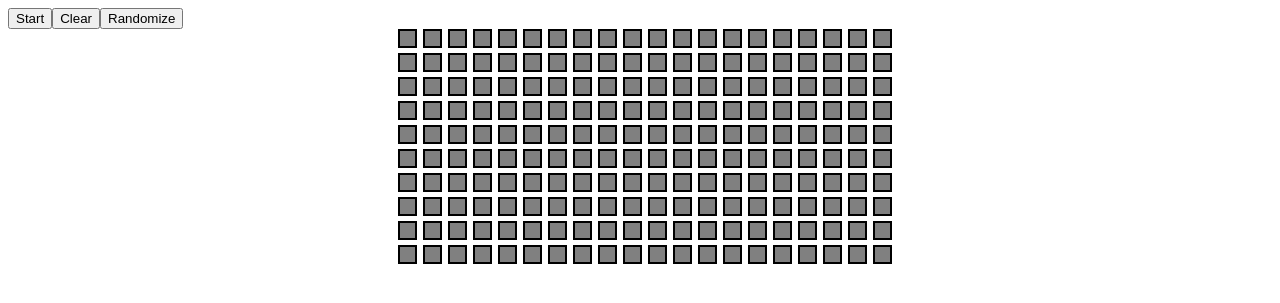
Repository: avanbussum/cellular-automata
Page: /
An editor plug-in stored every save of this project. The page is shown before and after the next save, followed by the edit.
The browser window is 1280 px wide. The pictures show the whole page.
The project was rebuilt for these pictures with package versions that can differ from the ones it lists, and the page was loaded fresh each time.

Above is the page before, as saved 2023-04-29 01:16:55.

After the next save:
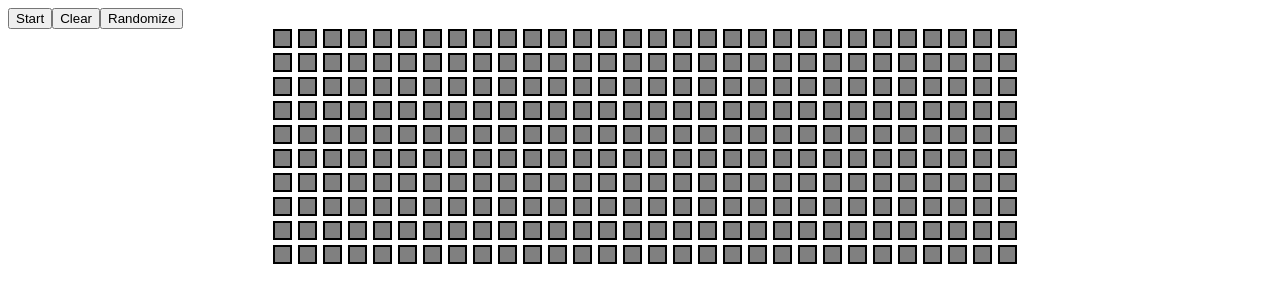
Saved 21 s later.
--- a/src/App.js
+++ b/src/App.js
@@ -2,7 +2,7 @@ import React, { useState, useCallback, useRef } from 'react'
 import Produce from 'immer';
 
 const numRows = 10;
-const numCols = 20;
+const numCols = 30;
 
 let rps = false;
 
